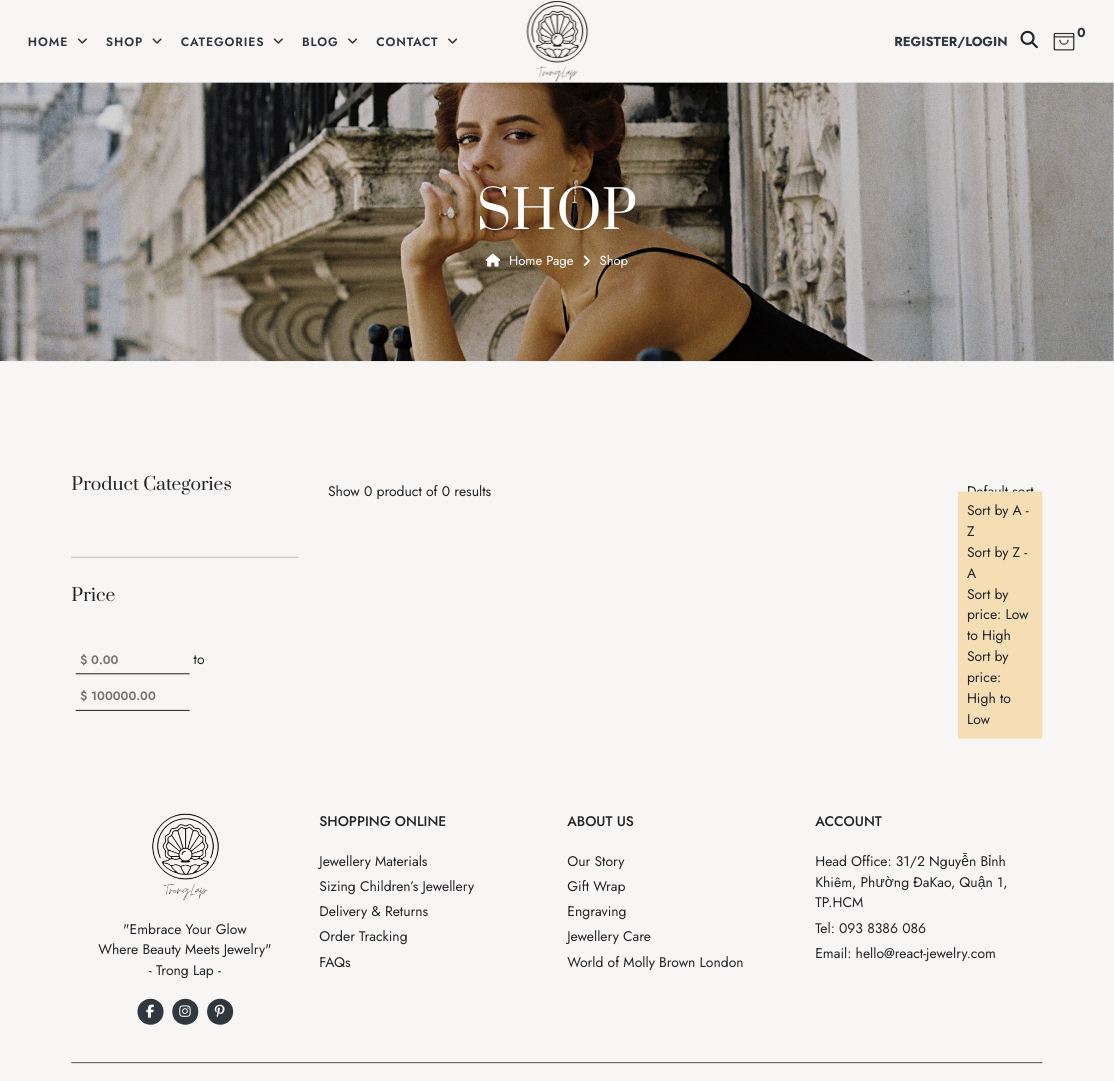
Repository: tronglap/react-jewelry
Page: /list-product
An editor plug-in stored every save of this project. The page is shown before and after the next save, followed by the edit.
The browser window is 1280 px wide. The pictures show the whole page, at 87% of full size.
The page's requests for data from a server got no answer. The project was rebuilt for these pictures with package versions that can differ from the ones it lists, and the page was loaded fresh each time. No one was signed in, and anything a server would have sent is missing. Also part of the build but not shown: src/component/Button/Button.css, src/component/Button/Button.js, src/component/SliderBar/SliderBar.css, src/component/SliderBar/SliderBar.js, src/component/Home/WWD/WWD.css, src/component/Home/WWD/WWD.js, src/component/Home/Home.css, src/component/Home/Categories/Categories.js and 14 more.

Above is the page before, as saved 2024-03-26 18:42:02.

After the next save:
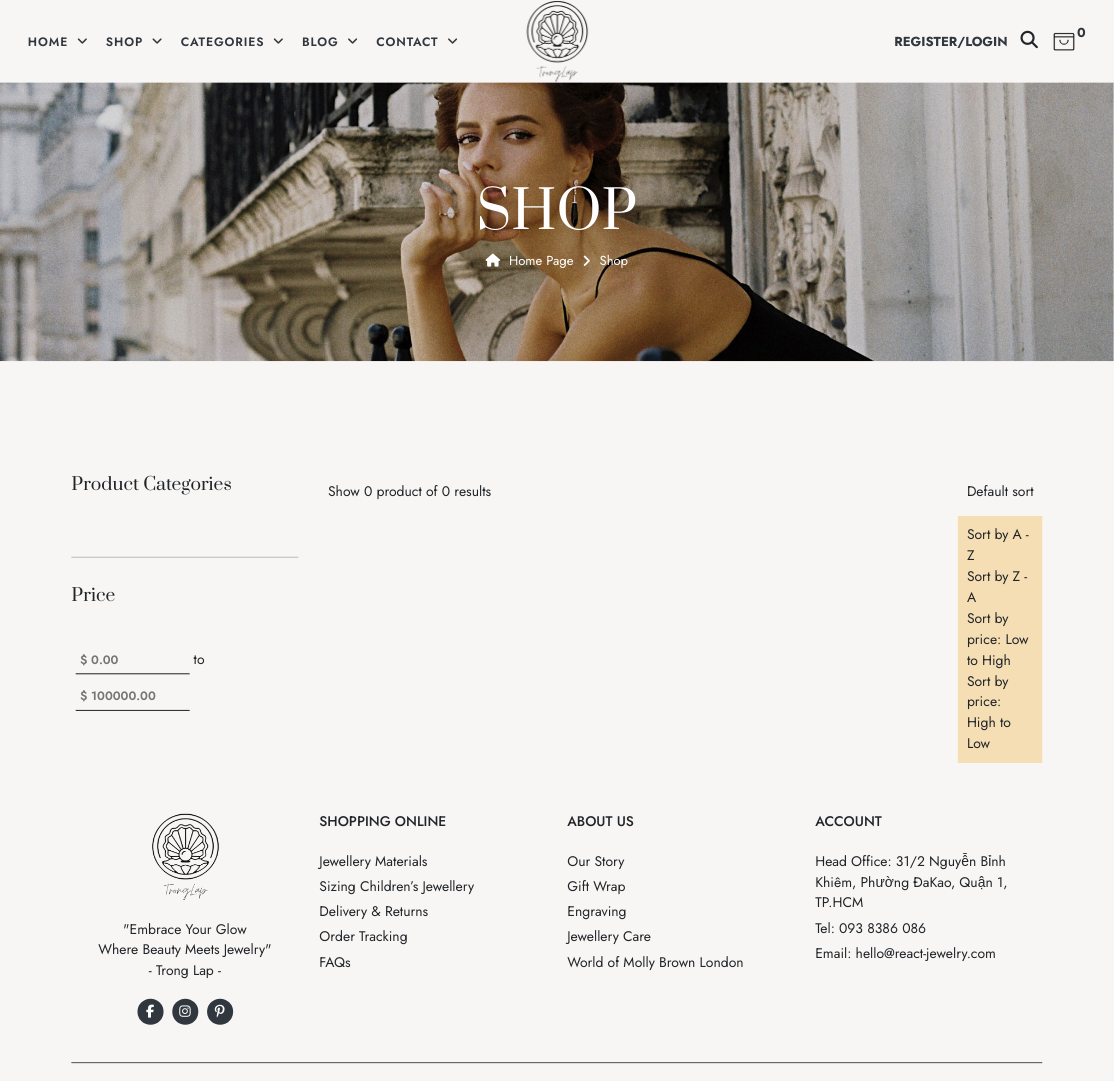
Saved 8 s later.
--- a/src/component/ListProduct/ListProduct.css
+++ b/src/component/ListProduct/ListProduct.css
@@ -91,7 +91,7 @@ input[type=number]::-webkit-inner-spin-button {
     background-color: wheat;
     padding: 10px 10px;
     width: 100%;
-    top: 50%;
+    top: 50px;
     left: 0;
     position: absolute;
 }
